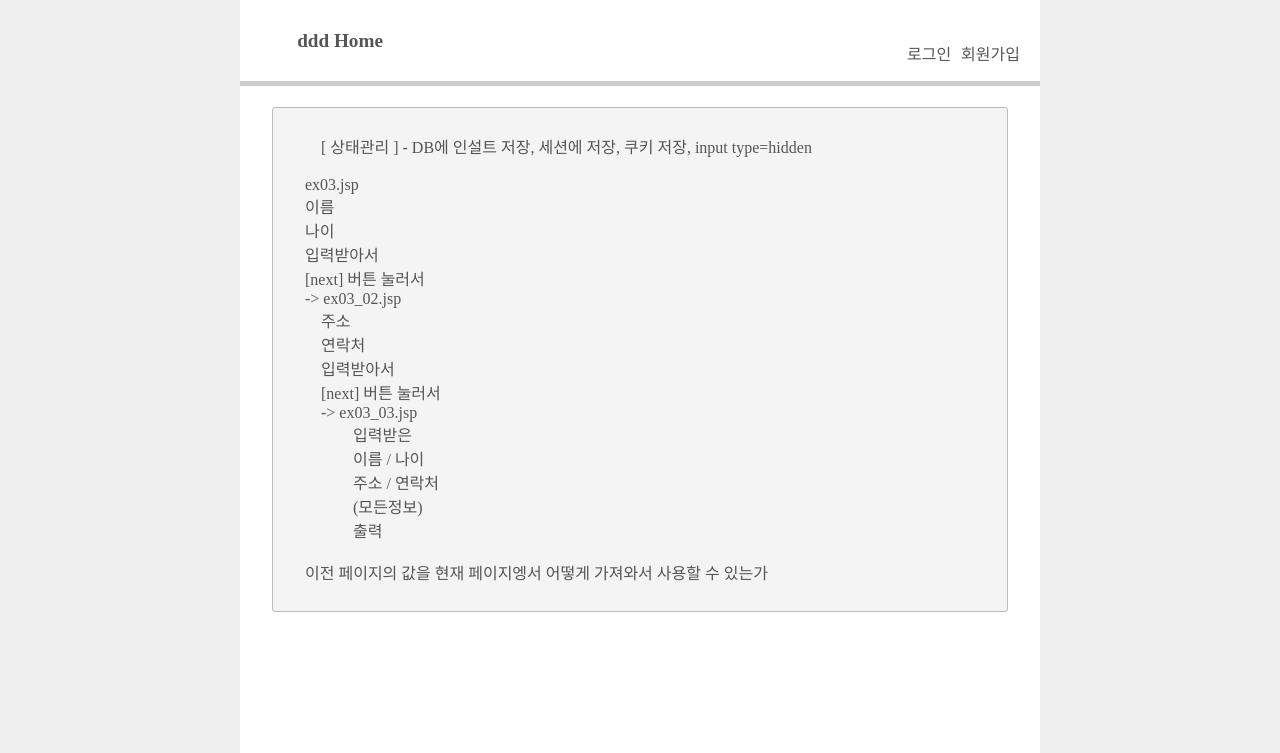
Repository: Deneb0000/JSP
Page: http://localhost/jspPro/days04/ex03.jsp
An editor plug-in stored every save of this project. The page is shown before and after the next save, followed by the edit.
The browser window is 1280 px wide. The pictures show the whole page.
Some web fonts or font styles are not loaded; a fallback is used. The page is served by Tomcat 9. Other server files are loaded and not shown.

Above is the page before, as saved 2024-10-18 05:50:54.

### jspPro/src/main/webapp/days04/ex03.jsp
<%@ page contentType="text/html; charset=UTF-8" pageEncoding="UTF-8"%>
<%@ taglib prefix="c" uri="http://java.sun.com/jsp/jstl/core" %>
<!DOCTYPE html>
<html>
<head>
<meta charset="UTF-8">
<title>Insert title here</title>
<link rel="shortcut icon" type="image/x-icon" href="http://localhost/jspPro/images/SiSt.ico">
<script src="https://ajax.googleapis.com/ajax/libs/jquery/3.7.1/jquery.min.js"></script>
<meta name="viewport" content="width=device-width, initial-scale=1.0">
<meta name="google" content="notranslate">
<link rel="stylesheet" href="http://localhost/jspPro/resources/cdn-main/example.css">
<script src="http://localhost/jspPro/resources/cdn-main/example.js"></script>
<style>
 span.material-symbols-outlined{
    vertical-align: text-bottom;
 }
</style>
</head>
<body>
<header>
  <h1 class="main"><a href="#" style="position: absolute;top:30px;">ddd Home</a></h1>
  <ul>
    <li><a href="#">로그인</a></li>
    <li><a href="#">회원가입</a></li>
  </ul>
</header>
<div>
  <xmp class="code">
  	[ 상태관리 ] - DB에 인설트 저장, 세션에 저장, 쿠키 저장, input type=hidden

    ex03.jsp
    이름
    나이
    입력받아서
    [next] 버튼 눌러서
    -> ex03_02.jsp
    	주소
    	연락처
    	입력받아서
    	[next] 버튼 눌러서
    	-> ex03_03.jsp
    		입력받은
    		이름 / 나이
    		주소 / 연락처
    		(모든정보)
    		출력

    이전 페이지의 값을 현재 페이지엥서 어떻게 가져와서 사용할 수 있는가
  </xmp>
</div>
</body>
</html>

### jspPro/src/main/webapp/resources/cdn-main/example.css
@charset "UTF-8";

@import url('https://fonts.googleapis.com/css2?family=Material+Symbols+Outlined:opsz,wght,FILL,GRAD@20..48,100..700,0..1,-50..200');

@font-face {
    font-family: 'GmarketSansMedium';
    src: url('https://cdn.jsdelivr.net/gh/projectnoonnu/noonfonts_2001@1.1/GmarketSansMedium.woff') format('woff');
    font-weight: normal;
    font-style: normal;
}

:root {
	--text-color: #555;
	--sub-text-color: #777;
	--back-color: #EFEFEF;
	--header-color: #444;
	--primary-color: #DEDEDE;
	--secondary-color: #EFEFEF;
	--default-width: 800px;
	--narrow-width: 500px;
	--wide-width: 1200px;
	--text-font: 'GmarketSansMedium';
	--icon-font: 'Material Symbols Outlined';
	--border-color: #CCC;
}

html, body {
	margin: 0;
	padding: 0;
}

html {
	background-color: var(--back-color);
	display: flex;
	justify-content: center;
	min-height: 100vh;
}

body, body.default {
	width: var(--default-width);
	background-color: white;
	padding-bottom: 120px;
}

body.wide {
	width: var(--wide-width);
}

body.narrow {
	width: var(--narrow-width);
}



body, p, div, span, a, input, select, option, textarea, button, table, th, td, label, fieldset, legend {
	font-family: var(--text-font);
	color: var(--text-color);
}

h1, h2, h3 {
	font-family: var(--text-font);
	color: var(--header-color);
	padding: 0 1rem;
	padding-top: .5rem;
}

div > h1, div > h2, div > h3 {
	padding: 0;
}

body > div, body > main > div {
	padding: 0.3rem 1rem;
}


h1 { font-size: 2rem; border-bottom: 1px solid var(--border-color); }
h1 small { font-size: 1.2rem; color: var(--sub-text-color); }
h2 { font-size: 1.5rem; border-bottom: 1px dashed var(--border-color); }
h2 small { font-size: 1.1rem; color: --sub-text-color; }
h3 { font-size: 1.2rem; }
h3 small { font-size: 1rem; color: --sub-text-color; }



h1.main::before {
	font-family: var(--icon-font);
  	content: '\e666';
  	margin-right: 10px;
  	float: left;
	font-size: 2.5rem;
}

h1.sub::before {
	font-family: var(--icon-font);
  	content: '\ea19';
  	margin-right: 10px;
  	float: left;
	font-size: 2.5rem;
}


h1.page::before {
	font-family: var(--icon-font);
  	content: '\e0e0';
  	margin-right: 10px;
  	float: left;
	font-size: 2.5rem;
}

body > header > ul > li > .active{
	background-color: #FFF;
	color:#F00;
}

body > header {
	display: flex;
	justify-content: space-between;
	border-bottom: 5px solid var(--border-color);
	min-height: 74px;
	background-color: #FFF;
}

body > header.sticky {
	position: sticky;
	top: 0;
	z-index: 98;
}

body > header > h1 {
	font-size: 1.2rem;
	border: 0;
}

body > header.in > h1::before {
	font-family: var(--icon-font);
  	content: '\e332‥';
  	margin-right: 3px;
  	float: left;
	font-size: 2rem;
}


body > header > ul {
	list-style-type: none;
	display: flex;
	align-items: flex-end;
	margin-right: 10px;
}

body > header > ul > li {
	margin-right: 10px;
	cursor: pointer;
}

body > header > ul > li > a {
	cursor: pointer;
}


form {
	display: block;
}

form > div {
	padding: 0.3rem 1rem;
}

div > form > div {
	padding: 0.3rem 0;
}

input, textarea, button, select {
	border: 1px solid #BBB;
	border-radius: 3px;
	outline: none;
	resize: none;
	padding: 7px;
	margin: 0;
}

input[type=text]:read-only, textarea:read-only {
	cursor: not-allowed;
	background-color: #FFF;
}

input[type=text]:disabled, textarea:disabled {
	cursor: not-allowed;
	background-color: #EEE;
}

input[type=text], input[type=password], textarea, button, select {
	/* width: 300px; */
}

textarea {
	display: block;
	height: 100px;
}

input[type=button], input[type=submit], button {
	/* width: inherit; */
}

input.short, textarea.short, button.short, select.short {
	width: 100px;
}

input.long, textarea.long, button.long, select.long {
	width: 350px;
}

.narrow input.long, .narrow textarea.long, .narrow button.long, .narrow select.long {
	width: calc(100% - 20px);
}

input.full, textarea.full, button.full, select.full {
	width: calc(100% - 20px);
}

textarea.short {
	height: 50px;
}

textarea.long {
	height: 100px;
}

textarea.full {
	height: 200px;
}

input, textarea {
	padding-top: 8px;
}

input[type=button], input[type=submit], button {
	padding: 5px 10px;
	background-color: var(--secondary-color);
	cursor: pointer;
	min-height: 36px;
}

input[type=button].primary, input[type=submit].primary, button.primary {
	/* background-color: rgba(100, 149, 237, .2); */
	background-color: var(--primary-color);
}

input[type=button].primary:hover, input[type=submit].primary:hover, button.primary:hover {
	/* background-color: rgba(100, 149, 237, .3); */
	background-color: var(--secondary-color);
}

input[type=button]:hover, input[type=submit]:hover, button:hover {
	background-color: var(--primary-color);
}

button {
	position: relative;
	left: 0;
	top: 0;
	padding-left: 35px;
}

button .material-symbols-outlined {
	position: absolute;
	left: 10px;
	top: 4px;
}

/* k2nik add */
button.login::before {
	font-family: var(--icon-font);
  	content: '\ea77';
	position: absolute;
	left: 11px;
	top: 4px;
	font-size: 1.25rem;
}

/* k2nik logout */
button.logout::before {
	font-family: var(--icon-font);
  	content: '\e9ba';
	position: absolute;
	left: 11px;
	top: 4px;
	font-size: 1.25rem;
}

/* k2nik help */
button.help::before {
	font-family: var(--icon-font);
  	content: '\f1c0';
	position: absolute;
	left: 11px;
	top: 4px;
	font-size: 1.25rem;
}

button.add::before{
	font-family: var(--icon-font);
  	content: '\e746';
	position: absolute;
	left: 11px;
	top: 4px;
	font-size: 1.25rem;
}

button.back::before {
	font-family: var(--icon-font);
  	content: '\e166';
	position: absolute;
	left: 11px;
	top: 4px;
	font-size: 1.25rem;
}

button.list::before {
	font-family: var(--icon-font);
  	content: '\e0ee';
	position: absolute;
	left: 11px;
	top: 4px;
	font-size: 1.25rem;
}


button.del::before {
	font-family: var(--icon-font);
  	content: '\e872';
	position: absolute;
	left: 11px;
	top: 4px;
	font-size: 1.25rem;
}


button.edit::before {
	font-family: var(--icon-font);
  	content: '\e745';
	position: absolute;
	left: 11px;
	top: 4px;
	font-size: 1.25rem;
}


button.login::before {
	font-family: var(--icon-font);
  	content: '\ea77';
	position: absolute;
	left: 11px;
	top: 4px;
	font-size: 1.25rem;
}


button.logout::before {
	font-family: var(--icon-font);
  	content: '\e9ba';
	position: absolute;
	left: 11px;
	top: 4px;
	font-size: 1.25rem;
}


button.in::before {
	font-family: var(--icon-font);
  	content: '\f71a';
	position: absolute;
	left: 11px;
	top: 4px;
	font-size: 1.25rem;
}


button.out::before {
	font-family: var(--icon-font);
  	content: '\f70e';
	position: absolute;
	left: 11px;
	top: 4px;
	font-size: 1.25rem;
}


button.reply::before {
	font-family: var(--icon-font);
  	content: '\e15e';
	position: absolute;
	left: 11px;
	top: 4px;
	font-size: 1.25rem;
}


button.comment::before {
	font-family: var(--icon-font);
  	content: '\e0b9';
	position: absolute;
	left: 11px;
	top: 4px;
	font-size: 1.25rem;
}


button.modal::before {
	font-family: var(--icon-font);
  	content: '\e89e';
	position: absolute;
	left: 11px;
	top: 4px;
	font-size: 1.25rem;
}


button.ok::before {
	font-family: var(--icon-font);
  	content: '\e86c';
	position: absolute;
	left: 11px;
	top: 4px;
	font-size: 1.25rem;
}


button.cancel::before {
	font-family: var(--icon-font);
  	content: '\e5c9';
	position: absolute;
	left: 11px;
	top: 4px;
	font-size: 1.25rem;
}

button.search::before {
	font-family: var(--icon-font);
  	content: '\e8b6';
	position: absolute;
	left: 11px;
	top: 4px;
	font-size: 1.25rem;
}

button.home::before {
	font-family: var(--icon-font);
  	content: '\e88a';
	position: absolute;
	left: 11px;
	top: 4px;
	font-size: 1.25rem;
}


button.sidebar::before {
	font-family: var(--icon-font);
  	content: '\f7e4';
	position: absolute;
	left: 11px;
	top: 4px;
	font-size: 1.25rem;
}


button.sidebar-right::before {
	font-family: var(--icon-font);
  	content: '\f7e5';
	position: absolute;
	left: 11px;
	top: 4px;
	font-size: 1.25rem;
}




button::before {
	font-family: var(--icon-font);
  	content: '\e323';
	position: absolute;
	left: 11px;
	top: 4px;
	font-size: 1.25rem;
}


table {
	border-collapse: collapse;
	margin: 1rem;
	box-sizing: border-box;
	width: calc(100% - 32px);
}

table.content {
	width: auto;
}

div > table {
	margin: 0;
}

table th, table td {
	border: 1px solid var(--border-color);
	padding: 7px;
	font-weight: normal;
}

table th {
	background-color: var(--back-color);
}

table.vertical th {
	width: 150px;
}

table.vertical td {
	width: calc(100% - 182px);
	padding-left: 10px;
}

table.content td, table.content th {
	width: auto;
}

body.narrow table.vertical th {
	width: 100px;
}

body.narrow table.vertical td {
	width: calc(100% - 182px);
}


table + table {
	margin-top: 30px;
}


p {
	padding: 0 1rem;
}

a {
	text-decoration: none;
}

a:hover {
	color: rgba(255, 99, 71, .7);
}

hr {
	border: 0;
	border-top: 1px solid var(--border-color);
	margin: 2rem 0;
}

.message {
	border: 1px solid var(--border-color);
	background-color: #EFEFEF;
	margin: 1rem;
	width: auto;
	padding-top: 10px;
	padding-bottom: 10px;
	font-size: 14px;
}

.message[title]::before {
	content: attr(title);
	display: block;
	border-bottom: 1px solid var(--border-color);
	padding-bottom: 5px;
	margin-bottom: 10px;
	margin-top: 7px;
}

.message.short {
	max-width: 250px;
}

.message.long {
	max-width: 500px;
}

.badge {
	float: right;
	font-size: .8rem;
	margin-top: 2px;
	margin-right: 2px;
	text-shadow: 0 0 7px gray;
}

.badge.left {
	float: none;
	margin-left: 2px;
}

.badge.right {
	float: right;
}

.badge.red {
	border-radius: 50%;
	padding: 2px 5px;
	background-color: rgb(255, 99, 71, .3);
}

.badge.yellow {

	border-radius: 50%;
	padding: 2px 5px;
	background-color: rgb(255, 215, 0, .5);
}

.badge.blue {
	border-radius: 50%;
	padding: 2px 5px;
	background-color: rgb(100, 149, 237, .3);
}

label + label {
	margin-left: 7px;
}

label input[type=checkbox], label input[type=radio] {
	transform: translate(0, 1px);
}

.group {
	display: flex;
}

.modal-content .group {
	margin-bottom: .5rem;
}

.group label {
	border: 1px solid #BBB;
	border-radius: 3px;
	outline: none;
	resize: none;
	padding: 7px 14px;
	margin: 0;
	border-top-right-radius: 0;
	border-bottom-right-radius: 0;
	background-color: #EFEFEF;
	white-space: nowrap;
	font-size: 14px;
}

.group input[type=text] {
	margin-left: -1px;
	border-top-left-radius: 0;
	border-bottom-left-radius: 0;
}

.group select {
	margin-left: -1px;
	border-top-left-radius: 0;
	border-bottom-left-radius: 0;
}

.group input.full[type=text] {
	margin-left: -1px;
	border-top-left-radius: 0;
	border-bottom-left-radius: 0;
	width: 100%;
}

.group input[type=button]:first-child, .group button:first-child {
	border-top-left-radius: 3px;
	border-bottom-left-radius: 3px;
	margin-left: 0px;
}

.group input[type=button], .group button {
	border-radius: 0;
	margin-left: -1px;
}

.group input[type=button]:last-child, .group button:last-child {
	margin-left: -1px;
	border-top-right-radius: 3px;
	border-bottom-right-radius: 3px;
}

.seperate {
	display: flex;
	justify-content: space-between;
}

div.list {
	width: max-content;
	margin: 1rem;
	border: 1px solid #BBB;
	border-radius: 3px;
	padding: 0;
}

div.list.full {
	width: auto;
	display: block;
	margin: 1rem;
	border: 1px solid #BBB;
	border-radius: 3px;
	padding: 0;
}

div.list > div {
	padding: .5rem 1rem;
	margin: 0;
	border-bottom: 1px solid #BBB;
}

div.list > div:last-child {
	border-bottom: 0;
}

pre.code , xmp.code{
	font-family: consols;
	background-color: rgba(150, 150, 150, .1);
	border: 1px solid #BBB;
	border-radius: 3px;
	padding: .5rem 1rem;
	padding-bottom: .6rem;
	margin: 1rem;
}




*[data-modal-window] {
	position: fixed;
	background-color: rgba(0, 0, 0, .3);
	left: 0;
	top: 0;
	display: none;
	justify-content: center;
	align-items: flex-start;
	width: 100%;
	min-height: 100vh;
	z-index: 100;
	opacity: 0;
	transition: 500ms all;
}

*[data-modal-window] .modal-container {
	border-radius: 5px;
	padding: 1rem;
	padding-bottom: .5rem;
	margin-top: -500px;
	opacity: 0;
	width: 500px;
	background-color: #FFF;
	margin-right: 2rem;
	transition: 500ms all;
}

*[data-modal-size=content] .modal-container {
	width: auto;
}

*[data-modal-size=narrow] .modal-container {
	width: 300px;
}

*[data-modal-size=wide] .modal-container {
	width: 760px;
}


*[data-modal-window] .modal-header {
	border-bottom: 1px solid var(--border-color);
	padding: 2px 5px;
}

*[data-modal-window] .modal-content {
	padding: 1rem 5px;
}

*[data-modal-window] .modal-content div:last-child {
	margin-top: 1rem;
	text-align: right;
}



*[data-sidebar-window] {
	position: fixed;
	background-color: #FFF;
	left: 0;
	top: 0;
	display: block;
	width: 300px;
	border-right: 1px solid var(--border-color);
	box-sizing: border-box;
	box-shadow: 0 0 3px var(--back-color);
	min-height: 100vh;
	z-index: 99;
	transform: translate(-300px, 0);
	transition-duration: 500ms;
	transition-property: transform;
}

*[data-sidebar-direction=right] {
	left: auto;
	right: 0;
	transform: translate(300px, 0);
	border-left: 1px solid var(--border-color);
}

*[data-sidebar-size=wide] {
	width: 500px;
	transform: translate(-500px, 0);
}

*[data-sidebar-window] .sidebar-title {
	border-bottom: 1px solid var(--border-color);
	margin-top: 20px;
	margin-bottom: 20px;
	padding-bottom: 5px;
	display: flex;
	justify-content: space-between;
}

*[data-sidebar-window] .sidebar-title span:last-child {
	cursor: pointer;
}


/* K2Nik pagination */
.center {
  text-align: center;
}

.pagination {
  display: inline-block;
}

.pagination a {
  color: black;
  float: left;
  padding: 3px 6px;
  text-decoration: none;
  transition: background-color .3s;
  border: 1px solid #ddd;
  margin: 0 3px;
}

.pagination a.active {
  background-color: #4CAF50;
  color: white;
  border: 1px solid #4CAF50;
}

.pagination a:hover:not(.active) {background-color: #ddd;}

### jspPro/src/main/webapp/resources/cdn-main/example.js

window.onload = () => {

    const list = document.querySelectorAll('input, textarea');

    list.forEach(item => {
        item.setAttribute('autocomplete', 'off');
    });


    const modal_btn_list = document.querySelectorAll('*[data-modal-button]');

    modal_btn_list.forEach(item => {
        item.onclick = function() {

            const name = this.dataset['modalButton'];
            const modal_window = document.querySelector('*[data-modal-window=' + name);

            const container = document.createElement('div');
            container.className = 'modal-container';



            const modal_header = document.createElement('div');
            modal_header.textContent = modal_window.dataset['modalTitle'];
            modal_header.className = 'modal-header';
            container.appendChild(modal_header);

            const modal_content = document.createElement('div');
            modal_content.className = 'modal-content';
            container.appendChild(modal_content);

            Array.from(modal_window.childNodes).forEach(item => {
                modal_content.appendChild(item);
            });

            modal_window.appendChild(container);

            modal_window.style.display = 'flex';

            setTimeout(() => {
                modal_window.style.opacity = 1;
                container.style.marginTop = '20px';
                container.style.opacity = 1;
            }, 50);


            const modal_ok = document.querySelector('*[data-modal-ok=' + name);
            modal_ok.addEventListener('click', function() {
                modal_window.style.opacity = 0;
                container.style.marginTop = '-500px';
                container.style.opacity = 0;

                setTimeout(() => {
                    modal_window.innerHTML = modal_content.innerHTML;
                    modal_window.style.display = 'none';
                }, 500);

            });

            const modal_cancel = document.querySelector('*[data-modal-cancel=' + name);
            modal_cancel.addEventListener('click', function() {

                modal_window.style.opacity = 0;
                container.style.marginTop = '-500px';
                container.style.opacity = 0;

                setTimeout(() => {
                    modal_window.innerHTML = modal_content.innerHTML;
                    modal_window.style.display = 'none';
                }, 500);
            });


        };
    });


    const sidebar_btn_list = document.querySelectorAll('*[data-sidebar-button]');

    sidebar_btn_list.forEach(item => {
        item.onclick = function() {



            const name = this.dataset['sidebarButton'];
            const sidebar_window = document.querySelector('*[data-sidebar-window=' + name);

            if (sidebar_window.style.transform == 'translate(0px, 0px)') return;



            sidebar_window.style.transform = 'translate(0, 0)';

            const sidebar_title = document.createElement('div');
            sidebar_title.className = 'sidebar-title';
            sidebar_title.innerHTML = '<span>' + sidebar_window.dataset['sidebarTitle'] + '</span><span class="material-symbols-outlined">close</span>';

            sidebar_title.children[1].onclick = function() {

                let sign = 1;
                let distance = 300;

                if (sidebar_window.dataset['sidebarDirection'] != 'right') {
                    sign = -1;
                } else {
                    sign = 1;
                }

                if (sidebar_window.dataset['sidebarSize'] != 'wide') {
                    distance = 300;
                } else {
                    distance = 500;
                }

                distance *= sign;

                sidebar_window.style.transform = 'translate(' + distance + 'px, 0)';

                setTimeout(function() {
                    sidebar_window.removeChild(sidebar_window.children[0]);
                }, 500);
            };


            sidebar_window.prepend(sidebar_title);

        }
    });

};

// window.onkeydown = function(event) {

//     if (event.keyCode == 27) {
//         if (document.querySelector('[data-modal-window').style.display == 'flex') {
//             document.querySelector('[data-modal-window').style.display = 'none';
//         }
//     }

// };

After the next save:
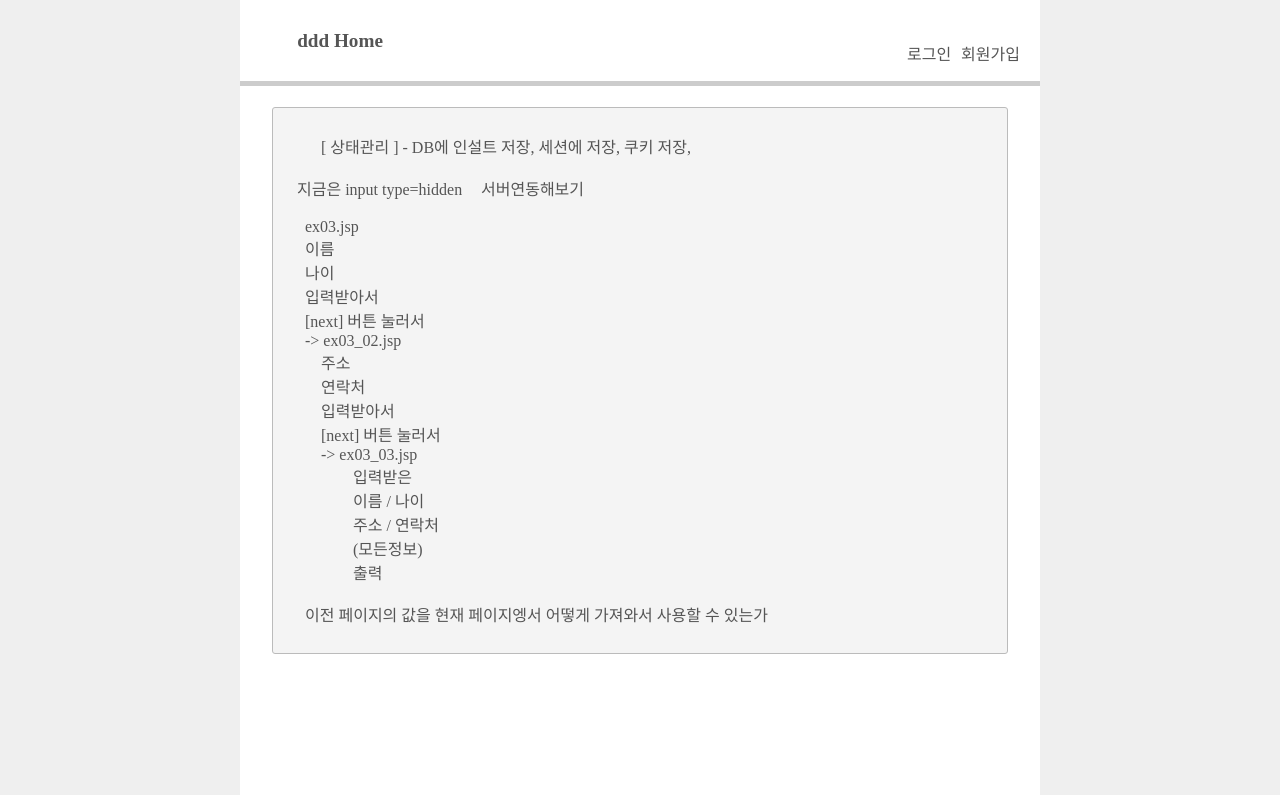
Saved 30 s later.
--- a/jspPro/src/main/webapp/days04/ex03.jsp
+++ b/jspPro/src/main/webapp/days04/ex03.jsp
@@ -27,7 +27,9 @@
 </header>
 <div>
   <xmp class="code">
-  	[ 상태관리 ] - DB에 인설트 저장, 세션에 저장, 쿠키 저장, input type=hidden
+  	[ 상태관리 ] - DB에 인설트 저장, 세션에 저장, 쿠키 저장,
+
+  지금은 input type=hidden	서버연동해보기
 
     ex03.jsp
     이름
